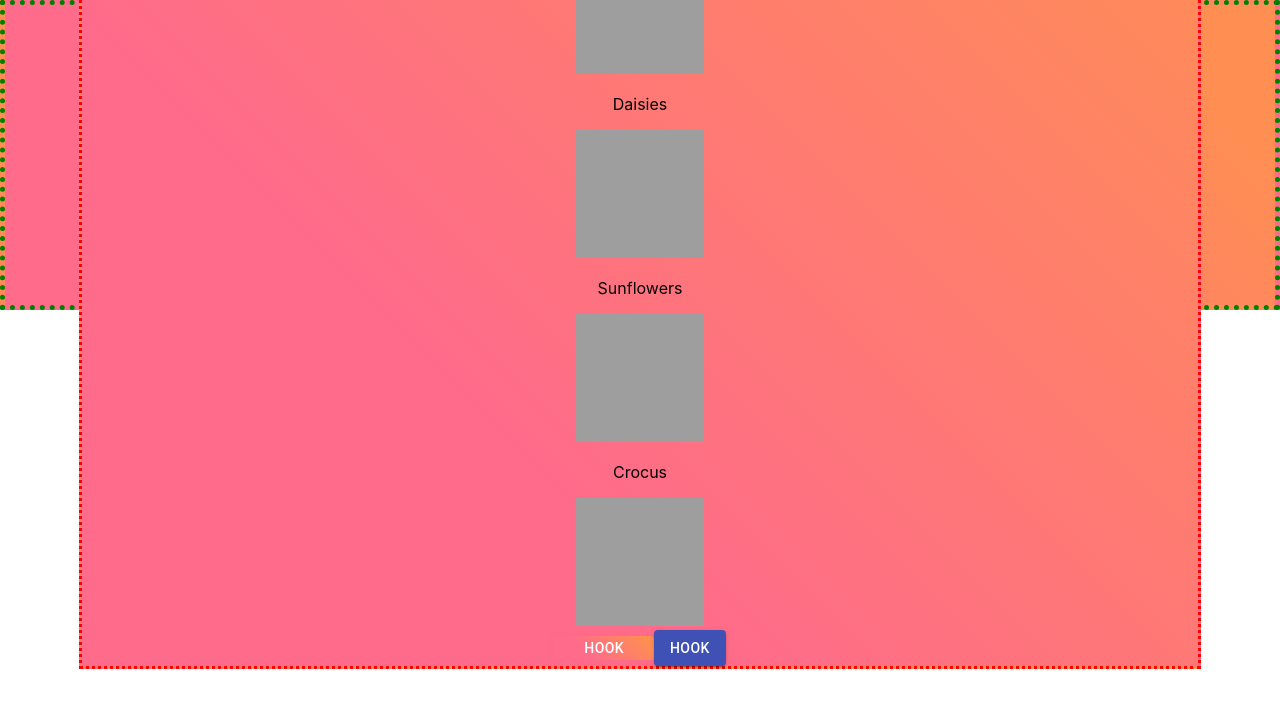
Repository: DevLuDaley/react-flower-shop
Page: /
An editor plug-in stored every save of this project. The page is shown before and after the next save, followed by the edit.
The browser window is 1280 px wide. The pictures show the whole page.
Pictures or frames that could not be fetched are drawn as grey boxes. The project was rebuilt for these pictures with package versions that can differ from the ones it lists, and the page was loaded fresh each time.

Above is the page before, as saved 2021-02-19 22:02:13.

After the next save:
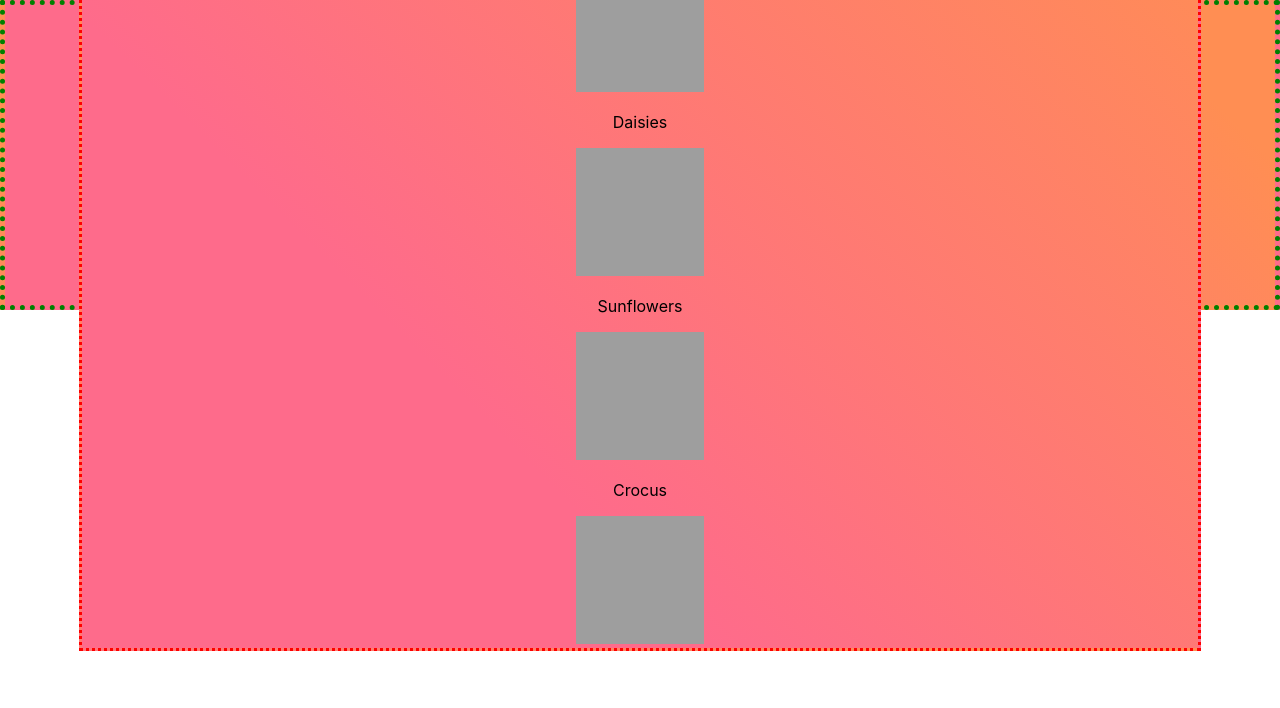
Saved 15 s later.
--- a/src/components/FlowerGallery.js
+++ b/src/components/FlowerGallery.js
@@ -73,8 +73,8 @@ const flowerList = [
 
 
         </section>
-        <Button className={classes.root}>Hook</Button>
-        <Button variant="contained" color="primary">Hook</Button>
+        {/* <Button className={classes.root}>Hook</Button>
+        <Button variant="contained" color="primary">Hook</Button> */}
       </Container>
       );
 }
